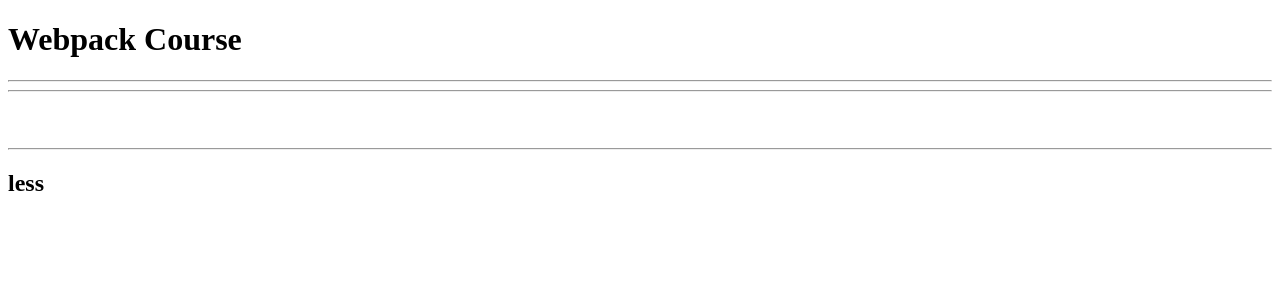
Repository: jsprogr/webpack_config_learning
Page: src/index.html
These files come from the project's save history. The page is drawn as it stood at one moment and after the next save; the edit follows.
The browser window is 1280 px wide. The pictures show the whole page.

Above is the page before, as saved 2020-03-01 13:14:00.

After the next save:
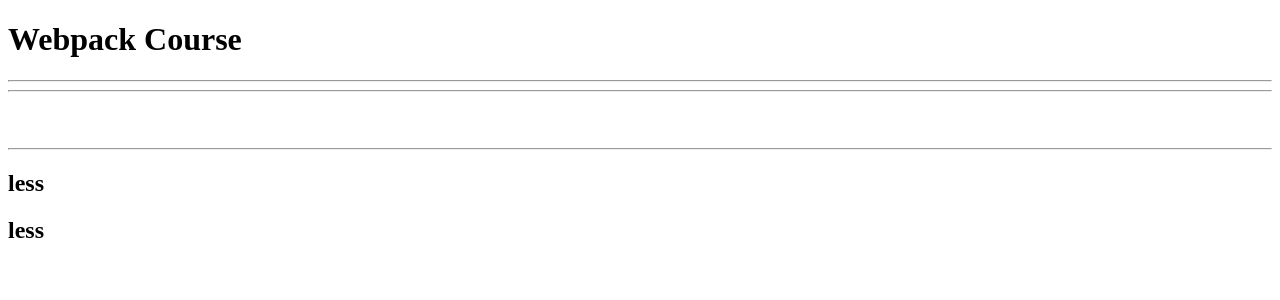
Saved 19 s later.
--- a/src/index.html
+++ b/src/index.html
@@ -28,6 +28,9 @@
         <div class="box">
             <h2>less</h2>
         </div>
+        <div class="card">
+            <h2>less</h2>
+        </div>
     </div>
 
 
